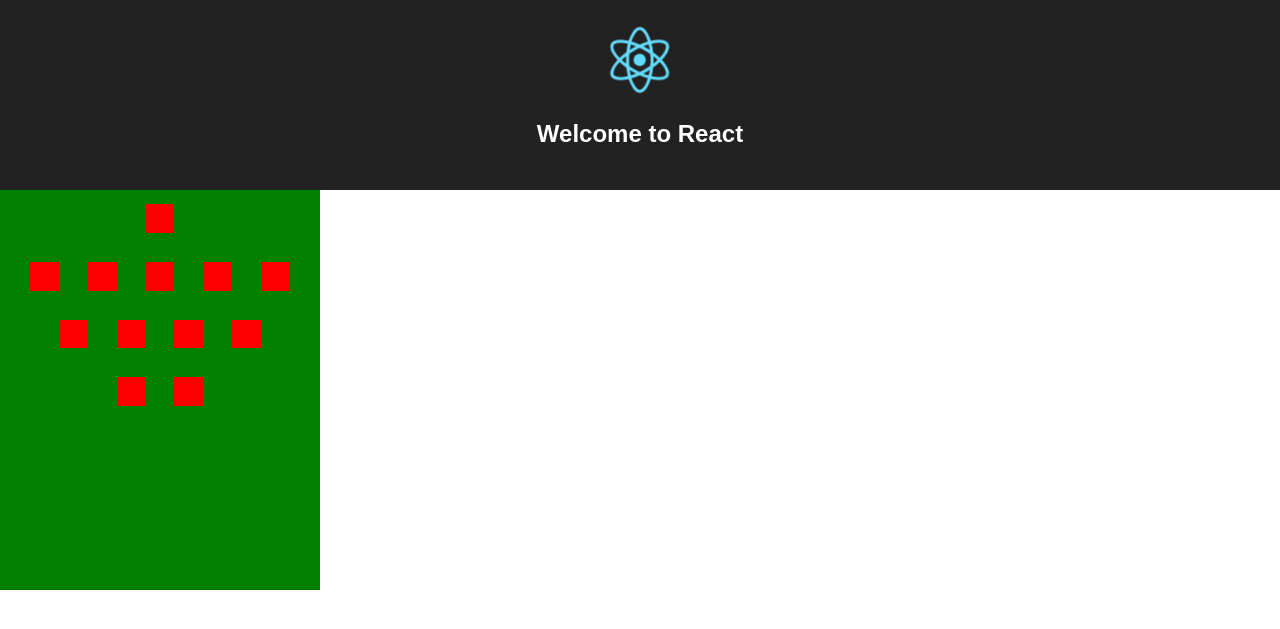
Repository: technicaltests100k/fantacalcio
Page: /
The author's editor kept a copy of each file at every save. The page is drawn from the files as they stood at one save, then again after the next save.
The browser window is 1280 px wide. The pictures show the whole page.
The project was rebuilt for these pictures with package versions that can differ from the ones it lists, and the page was loaded fresh each time.

Above is the page before, as saved 2017-11-22 16:32:20.

### src/App.js
import React, { Component } from 'react';
import logo from './logo.svg';
import './App.css';

class App extends Component {
  render() {
    return (
      <div className="App">
        <header className="App-header">
          <img src={logo} className="App-logo" alt="logo" />
          <h1 className="App-title">Welcome to React</h1>
        </header>

        <div className={'pitch'}>
          <div className="keeper">
            <div className={'player'} />
          </div>
          <div className="defence">
            <div className={'player'} />
            <div className={'player'} />
            <div className={'player'} />
            <div className={'player'} />
            <div className={'player'} />
          </div>
          <div className="midfield">
            <div className={'player'} />
            <div className={'player'} />
            <div className={'player'} />
            <div className={'player'} />
          </div>
          <div className="attack">
            <div className={'player'} />
            <div className={'player'} />
          </div>
        </div>
      </div>
    );
  }
}

export default App;

### src/App.css
.App {
  text-align: center;
}

.App-logo {
  animation: App-logo-spin infinite 20s linear;
  height: 80px;
}

.App-header {
  background-color: #222;
  height: 150px;
  padding: 20px;
  color: white;
}

.App-title {
  font-size: 1.5em;
}

.App-intro {
  font-size: large;
}

.pitch {
  width: 320px;
  height: 400px;
  background-color: green;
}
.player {
  width: 4vh;
  height: 4vh;
  /* height: 20%; */
  background-color: red;
  margin: 2vh;
}
.keeper {
  display: flex;
  justify-content: center;
  /* display: block; */
}
.defence {
  display: flex;
  justify-content: center;
  /* display: block; */
}
.midfield {
  display: flex;
  justify-content: center;
  /* display: block; */
}
.attack {
  display: flex;
  justify-content: center;
  /* display: block; */
}

@keyframes App-logo-spin {
  from {
    transform: rotate(0deg);
  }
  to {
    transform: rotate(360deg);
  }
}

Loaded but not shown: public/index.html (common file); src/index.js (common file); src/index.css (common file); src/registerServiceWorker.js (common file)

After the next save:
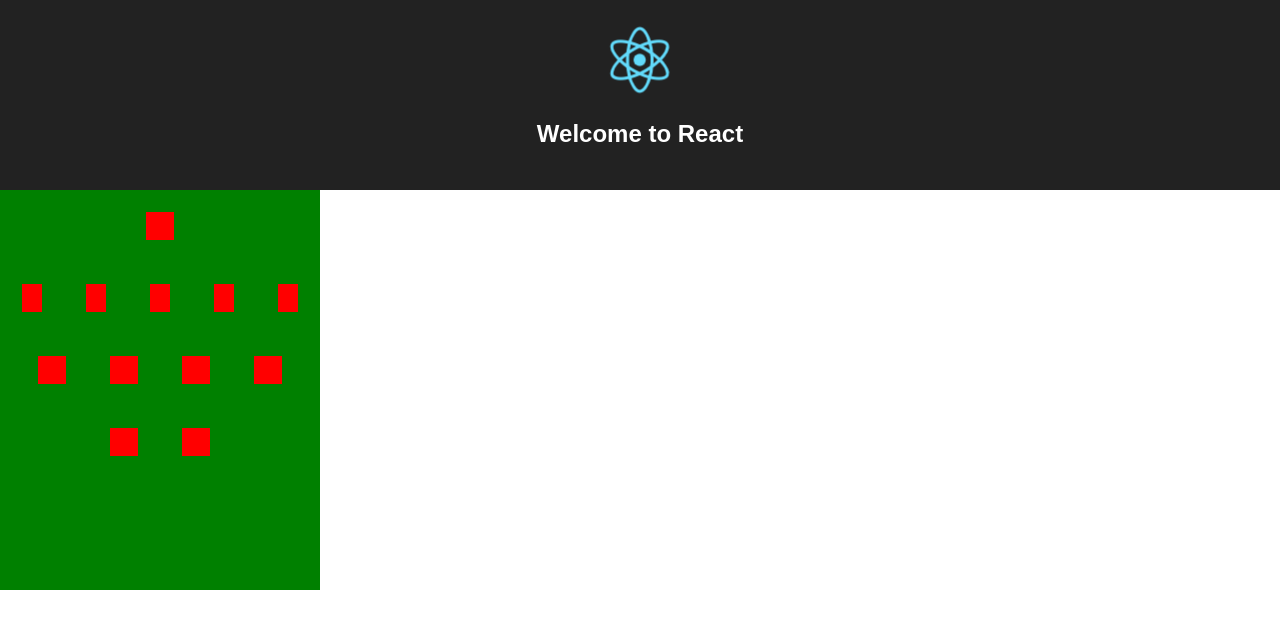
Saved 5 s later.
--- a/src/App.css
+++ b/src/App.css
@@ -32,7 +32,7 @@
   height: 4vh;
   /* height: 20%; */
   background-color: red;
-  margin: 2vh;
+  margin: 3vh;
 }
 .keeper {
   display: flex;
